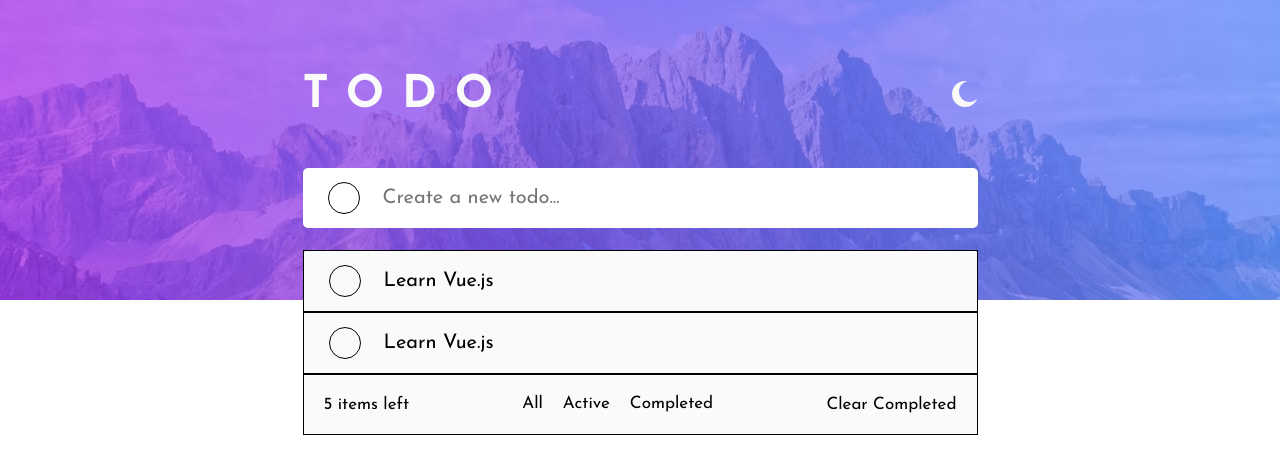
Repository: tomas938/todo-app
Page: /
These files come from the project's save history. The page is drawn as it stood at one moment and after the next save; the edit follows.
The browser window is 1280 px wide. The pictures show the whole page.
The project was rebuilt for these pictures with package versions that can differ from the ones it lists, and the page was loaded fresh each time.

Above is the page before, as saved 2021-08-18 11:51:47.

### src/main.js
import { createApp } from "vue";
import App from "./App.vue";
import router from "./router";

createApp(App)
	.use(router)
	.mount("#app");

### src/App.vue
<template>
	<router-view />
</template>

<style lang="scss">
@import "/src/scss/_variables";
:root {
	--bg-color: hsl(0, 0%, 98%);
}
* {
	margin: 0;
	padding: 0;
	box-sizing: border-box;
}
html {
	font-size: 62.5%;
}
body {
	font-size: 1.8rem;
	font-family: $font-primary;
}
li {
	list-style: none;
}
</style>

### src/router/index.js
import { createRouter, createWebHashHistory } from "vue-router";
import Home from "../views/Home.vue";

const routes = [
	{
		path: "/",
		name: "Home",
		component: Home,
	},
];

const router = createRouter({
	history: createWebHashHistory(),
	routes,
});

export default router;

### src/scss/_variables.scss
// LINK COLLORS-PRIMARY //

$primary: hsl(220, 98%, 61%);
$primary-bg: linear-gradient hsl(192, 100%, 67%) to hsl(280, 87%, 65%);

// LINK LIGHT THEME //

$light-gray: hsl(0, 0%, 98%);
$very-light-grayish-blue: hsl(236, 33%, 92%);
$light-grayish-blue: hsl(233, 11%, 84%);
$dark-grayish-blue: hsl(236, 9%, 61%);
$very-dark-grayish-blue: hsl(235, 19%, 35%);

// LINK DARK THEME //

$very-dark-blue: hsl(235, 21%, 11%);
$dark-desaturated-blue: hsl(235, 24%, 19%);
$light-grayish-blue--dark: hsl(234, 39%, 85%);
$light-grayish-blue--dark-hover: hsl(236, 33%, 92%);
$dark-grayish-blue--dark: hsl(234, 11%, 52%);
$very-dark-grayish-blue--dark: hsl(233, 14%, 35%);
$very-dark-grayish-blue--dark-2: hsl(237, 14%, 26%);

// LINK FONT //

@import url("https://fonts.googleapis.com/css2?family=Josefin+Sans:wght@400;700&display=swap");
$font-primary: "Josefin Sans", sans-serif;
$light: 400;
$bold: 700;

### src/views/Home.vue
<template>
	<Header />
	<Todos />
</template>

<script>
import Header from "../components/Header";
import Todos from "../components/Todos.vue";
export default {
	components: {
		Header,
		Todos,
	},
};
</script>
<style lang="scss"></style>

### src/components/Header.vue
<template>
	<header>
		<nav class="nav container">
			<div class="nav__title">
				<h1>todo</h1>
			</div>
			<svg
				v-if="ligth"
				@click="changeTheme"
				class="nav__theme"
				xmlns="http://www.w3.org/2000/svg"
				width="26"
				height="26"
			>
				<path
					fill="#fafafa"
					fill-rule="evenodd"
					d="M13 0c.81 0 1.603.074 2.373.216C10.593 1.199 7 5.43 7 10.5 7 16.299 11.701 21 17.5 21c2.996 0 5.7-1.255 7.613-3.268C23.22 22.572 18.51 26 13 26 5.82 26 0 20.18 0 13S5.82 0 13 0z"
				/>
			</svg>
			<svg
				v-else
				@click="changeTheme"
				xmlns="http://www.w3.org/2000/svg"
				width="26"
				height="26"
			>
				<path
					fill="#fafafa"
					fill-rule="evenodd"
					d="M13 21a1 1 0 011 1v3a1 1 0 11-2 0v-3a1 1 0 011-1zm-5.657-2.343a1 1 0 010 1.414l-2.121 2.121a1 1 0 01-1.414-1.414l2.12-2.121a1 1 0 011.415 0zm12.728 0l2.121 2.121a1 1 0 01-1.414 1.414l-2.121-2.12a1 1 0 011.414-1.415zM13 8a5 5 0 110 10 5 5 0 010-10zm12 4a1 1 0 110 2h-3a1 1 0 110-2h3zM4 12a1 1 0 110 2H1a1 1 0 110-2h3zm18.192-8.192a1 1 0 010 1.414l-2.12 2.121a1 1 0 01-1.415-1.414l2.121-2.121a1 1 0 011.414 0zm-16.97 0l2.121 2.12A1 1 0 015.93 7.344L3.808 5.222a1 1 0 011.414-1.414zM13 0a1 1 0 011 1v3a1 1 0 11-2 0V1a1 1 0 011-1z"
				/>
			</svg>
		</nav>
		<div class="new-todo">
			<input type="text" placeholder="Create a new todo..." />
		</div>
	</header>
</template>

<script>
export default {
	data() {
		return {
			ligth: true,
			body: document.body,
		};
	},
	methods: {
		changeTheme() {
			this.ligth = !this.ligth;
			if (!this.ligth) {
				this.body.classList.remove("light");
				this.body.classList.add("dark");
			} else {
				this.body.classList.remove("dark");
				this.body.classList.add("light");
			}
		},
	},
	mounted() {
		this.body.classList.add("light");
	},
};
</script>

<style lang="scss" scoped>
@import "/src/scss/_variables";

header {
	height: 30rem;
	display: flex;
	flex-direction: column;
	align-items: center;
	justify-content: center;
	gap: 5rem;
	padding: 3rem;
	background-image: url(../assets/bg-desktop-light.jpg);
	background-repeat: no-repeat;
	background-size: cover;
}
.nav {
	max-width: 67.5rem;
	width: 100%;
	display: flex;
	justify-content: space-between;
	align-items: baseline;
	&__title h1 {
		font-size: 4.5rem;
		letter-spacing: 1.8rem;
		text-transform: uppercase;
	}

	svg {
		cursor: pointer;
	}
}
.new-todo {
	max-width: 67.5rem;
	width: 100%;
	position: relative;
	&::before {
		content: "";
		position: absolute;
		top: 50%;
		transform: translateY(-50%);
		left: 2.5rem;
		width: 3rem;
		height: 3rem;
		border-radius: 50%;
		border: 1px solid black;
	}
}
input {
	width: 100%;
	outline: none;
	border: none;
	padding: 2rem;
	padding-left: 8rem;
	border-radius: 0.5rem;
	font-size: 2rem;
	font-family: $font-primary;
	font-weight: $light;
}
h1 {
	color: $light-gray;
}
</style>

### src/components/Todos.vue
<template>
	<main>
		<ul class="todos">
			<li class="todo-item">
				<span>Learn Vue.js</span>
			</li>
			<li class="todo-item">
				<span>Learn Vue.js</span>
			</li>
			<div class="filters">
				<div class="items-left">
					<span>5 items left</span>
				</div>
				<div class="filter">
					<span>All</span>
					<span>Active</span>
					<span>Completed</span>
				</div>
				<div class="clear">
					<span>Clear Completed</span>
				</div>
			</div>
		</ul>
	</main>
</template>

<script>
export default {};
</script>

<style lang="scss" scoped>
@import "/src/scss/_variables";

main {
	display: flex;
	justify-content: center;
	transform: translateY(-5rem);
}
.todos {
	max-width: 67.5rem;
	width: 100%;
	border-radius: 0.5rem;
	background-color: var(--bg-color);
}
.todo-item {
	position: relative;
	width: 100%;
	padding: 2rem;
	padding-left: 8rem;
	font-size: 2rem;
	font-family: $font-primary;
	font-weight: $light;
	border: 1px solid black;

	// FIXME maybe group styling //
	&::before {
		cursor: pointer;
		content: "";
		position: absolute;
		top: 50%;
		transform: translateY(-50%);
		left: 2.5rem;
		width: 3rem;
		height: 3rem;
		border-radius: 50%;
		border: 1px solid black;
	}
	&::after {
		opacity: 0;
		cursor: pointer;
		content: "";
		position: absolute;
		right: 2.5rem;
		width: 2.6rem;
		height: 2.6rem;
		background-image: url(../assets/icon-cross.svg);
		background-repeat: no-repeat;
	}
	&:hover:after {
		transition: opacity 0.5s ease-in-out;
		opacity: 1;
	}
}
.filters {
	display: flex;
	justify-content: space-between;
	border: 1px solid black;
	padding: 2rem;
	.filter {
		display: flex;
		gap: 2rem;
		span {
			&:first-child {
			}
		}
	}
	.items-left {
		span {
			cursor: auto;
		}
	}
	span {
		cursor: pointer;
		font-size: 1.7rem;
	}
}
</style>

Loaded but not shown: public/index.html (common file)

After the next save:
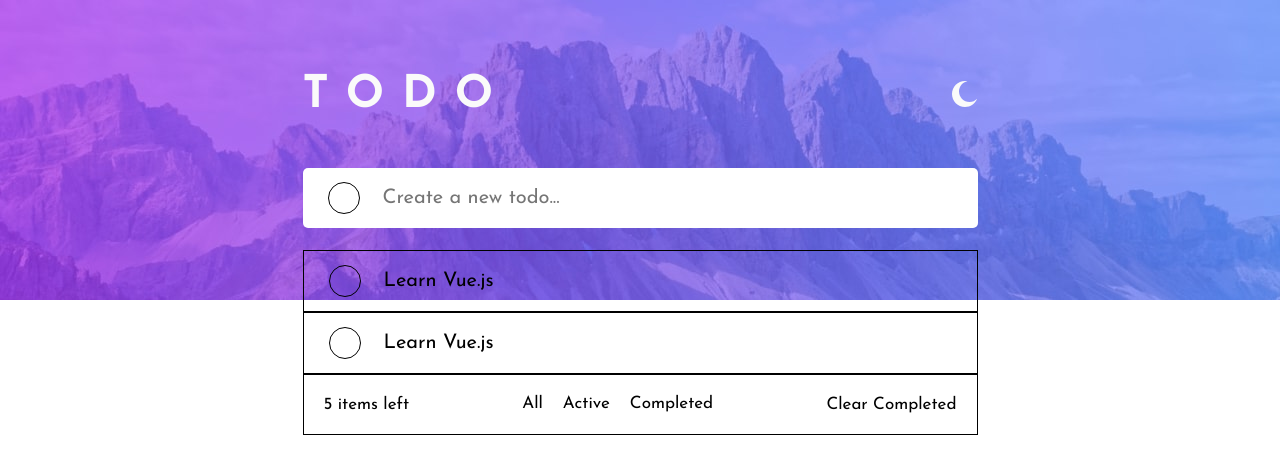
Saved 28 s later.
--- a/src/App.vue
+++ b/src/App.vue
@@ -5,7 +5,7 @@
 <style lang="scss">
 @import "/src/scss/_variables";
 :root {
-	--bg-color: hsl(0, 0%, 98%);
+	--items-bg-color: hsl(0, 0%, 98%);
 }
 * {
 	margin: 0;

After the 2 saves that followed:
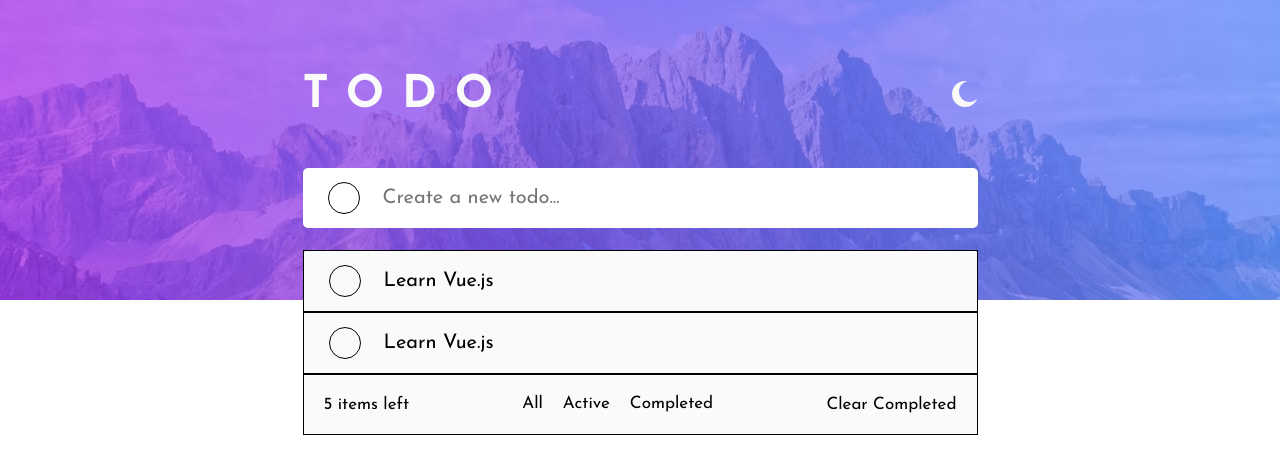
The 2 saves are shown as one change because 1 left the picture as it was.
The last was saved 21 s later.
--- a/src/App.vue
+++ b/src/App.vue
@@ -6,6 +6,7 @@
 @import "/src/scss/_variables";
 :root {
 	--items-bg-color: hsl(0, 0%, 98%);
+	--body-bg: ;
 }
 * {
 	margin: 0;
--- a/src/components/Todos.vue
+++ b/src/components/Todos.vue
@@ -40,7 +40,7 @@ main {
 	max-width: 67.5rem;
 	width: 100%;
 	border-radius: 0.5rem;
-	background-color: var(--bg-color);
+	background-color: var(--items-bg-color);
 }
 .todo-item {
 	position: relative;
